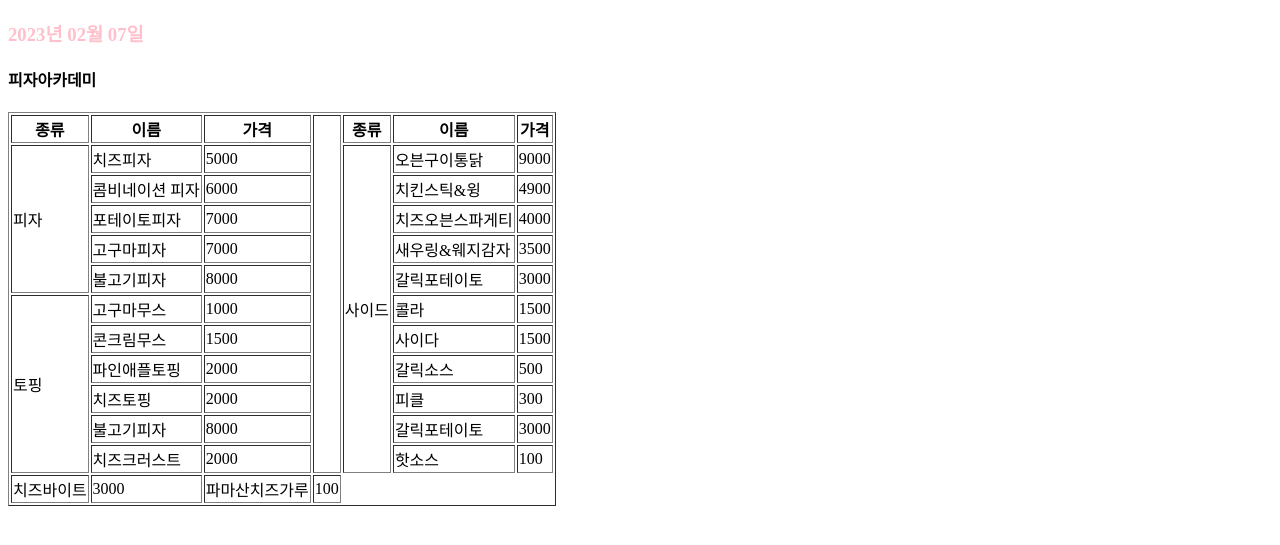
Repository: yejin0220/Web-workspace1
Page: http://localhost/2_JSP/views/04_PizzaOrderForm.jsp
An editor plug-in stored every save of this project. The page is shown before and after the next save, followed by the edit.
The browser window is 1280 px wide. The pictures show the whole page.
The page is served by Tomcat 9.

Above is the page before, as saved 2023-02-09 01:05:21.

### 2_JSP/WebContent/views/04_PizzaOrderForm.jsp
<%@ page import="java.util.Date, java.text.SimpleDateFormat" %>
<%@ page language="java" contentType="text/html; charset=UTF-8"
    pageEncoding="UTF-8"%>
<!DOCTYPE html>
<html>
<head>
<meta charset="UTF-8">
<title>피자 주문 페이지</title>
<style>
	h3{color:pink;}
</style>
</head>
<body>

	<%

		Date date = new Date();
		SimpleDateFormat sdf = new SimpleDateFormat("yyyy년 MM월 dd일");
		String today = sdf.format(date);

	%>

	<h3><%= today %></h3>

	<h4>피자아카데미</h4>

	<table border="1">
		<tr>
			<th>종류</th>
			<th>이름</th>
			<th>가격</th>
			<th rowspan="12"></th>
			<th>종류</th>
			<th>이름</th>
			<th>가격</th>
		</tr>
		<tr>
			<td rowspan="5">피자</td>
			<td>치즈피자</td>
			<td>5000</td>
			<td rowspan="11">사이드</td>
			<td>오븐구이통닭</td>
			<td>9000</td>
		</tr>
		<tr>
			<td>콤비네이션 피자</td>
			<td>6000</td>
			<td>치킨스틱&윙</td>
			<td>4900</td>

		</tr>
		<tr>
			<td>포테이토피자</td>
			<td>7000</td>
			<td>치즈오븐스파게티</td>
			<td>4000</td>
		</tr>
		<tr>
			<td>고구마피자</td>
			<td>7000</td>
			<td>새우링&웨지감자</td>
			<td>3500</td>
		</tr>
		<tr>
			<td>불고기피자</td>
			<td>8000</td>
			<td>갈릭포테이토</td>
			<td>3000</td>
		</tr>
		<tr>
			<td rowspan="6">토핑</td>
			<td>고구마무스</td>
			<td>1000</td>
			<td>콜라</td>
			<td>1500</td>
		</tr>
		<tr>
			<td>콘크림무스</td>
			<td>1500</td>
			<td>사이다</td>
			<td>1500</td>
		</tr>
		<tr>
			<td>파인애플토핑</td>
			<td>2000</td>
			<td>갈릭소스</td>
			<td>500</td>
		</tr>
		<tr>
			<td>치즈토핑</td>
			<td>2000</td>
			<td>피클</td>
			<td>300</td>
		</tr>
				<tr>
			<td>불고기피자</td>
			<td>8000</td>
			<td>갈릭포테이토</td>
			<td>3000</td>
		</tr>
		<tr>
			<td>치즈크러스트</td>
			<td>2000</td>
			<td>핫소스</td>
			<td>100</td>
		</tr>
		<tr>
			<td>치즈바이트</td>
			<td>3000</td>
			<td>파마산치즈가루</td>
			<td>100</td>
		</tr>







	</table>








</body>
</html>

After the next save:
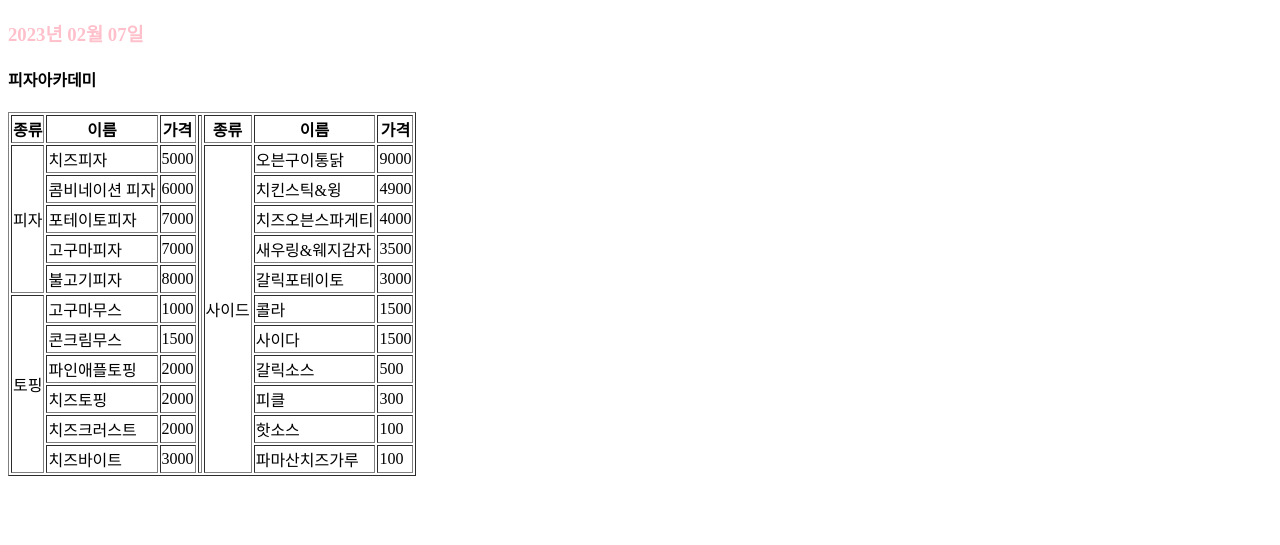
Saved 38 s later.
--- a/2_JSP/WebContent/views/04_PizzaOrderForm.jsp
+++ b/2_JSP/WebContent/views/04_PizzaOrderForm.jsp
@@ -92,12 +92,6 @@
 			<td>피클</td>
 			<td>300</td>
 		</tr>
-				<tr>
-			<td>불고기피자</td>
-			<td>8000</td>
-			<td>갈릭포테이토</td>
-			<td>3000</td>
-		</tr>
 		<tr>
 			<td>치즈크러스트</td>
 			<td>2000</td>
